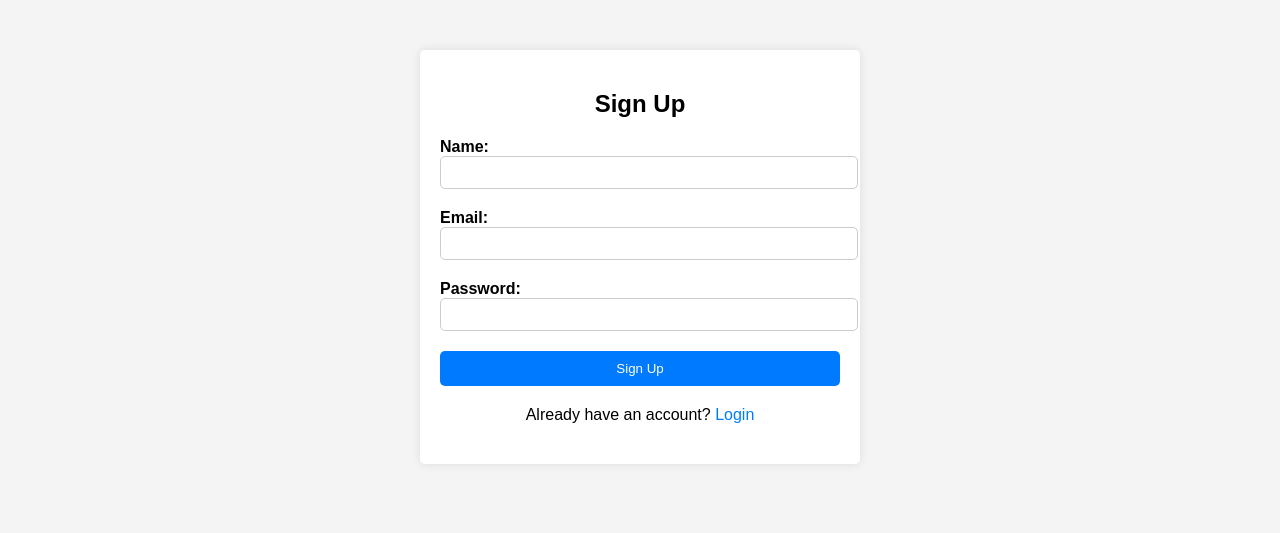
Repository: iDevVikram/login-signup-authentication-using-servlet
Page: signin-signup-demo/WebContent/Signup.html
The author's editor kept a copy of each file at every save. The page is drawn from the files as they stood at one save, then again after the next save.
The browser window is 1280 px wide. The pictures show the whole page.

Above is the page before, as saved 2024-03-04 18:16:43.

### signin-signup-demo/WebContent/Signup.html
<!DOCTYPE html>
<html lang="en">
<head>
<meta charset="UTF-8">
<meta name="viewport" content="width=device-width, initial-scale=1.0">
<title>Login & SignUp Form</title>
<link href="CSS/style.css" rel="stylesheet" type="text/css">
</head>
<body>
<div class="container" id="signupContainer">
    <h2>Sign Up</h2>
    <form id="signupForm">
        <div class="form-group">
            <label for="signupName">Name:</label>
            <input type="text" id="signupName" name="signupName" required>
        </div>
        <div class="form-group">
            <label for="signupEmail">Email:</label>
            <input type="email" id="signupEmail" name="signupEmail" required>
        </div>
        <div class="form-group">
            <label for="signupPassword">Password:</label>
            <input type="password" id="signupPassword" name="signupPassword" required>
        </div>
        <div class="form-group">
            <button type="submit">Sign Up</button>
        </div>
        <div class="form-group text-center">
            <span>Already have an account? <a href="login.html" id="showLoginForm">Login</a></span>
        </div>
    </form>
</div>

</body>
</html>

### signin-signup-demo/WebContent/CSS/style.css
body {
        font-family: Arial, sans-serif;
        margin: 0;
        padding: 0;
        background-color: #f4f4f4;
    }

    .container {
        max-width: 400px;
        margin: 50px auto;
        background: #fff;
        padding: 20px;
        border-radius: 5px;
        box-shadow: 0 0 10px rgba(0, 0, 0, 0.1);
    }
   h1 {
        text-align: center;
        margin-bottom: 30px;
    }

    p {
        margin-bottom: 20px;
    }

    .btn {
        display: inline-block;
        padding: 10px 20px;
        background-color: #007bff;
        color: #fff;
        text-decoration: none;
        border-radius: 5px;
    }

    .btn:hover {
        background-color: #0056b3;
    }
    h2 {
        text-align: center;
    }

    .form-group {
        margin-bottom: 20px;
    }

    .form-group label {
        display: block;
        font-weight: bold;
    }

    .form-group input {
        width: 100%;
        padding: 8px;
        border: 1px solid #ccc;
        border-radius: 5px;
    }

    .form-group button {
        width: 100%;
        padding: 10px;
        background-color: #007bff;
        color: #fff;
        border: none;
        border-radius: 5px;
        cursor: pointer;
    }

    .form-group button:hover {
        background-color: #0056b3;
    }

    .form-group.text-center {
        text-align: center;
    }

    .form-group.text-center a {
        color: #007bff;
        text-decoration: none;
    }

    .form-group.text-center a:hover {
        text-decoration: underline;
    }

After the next save:
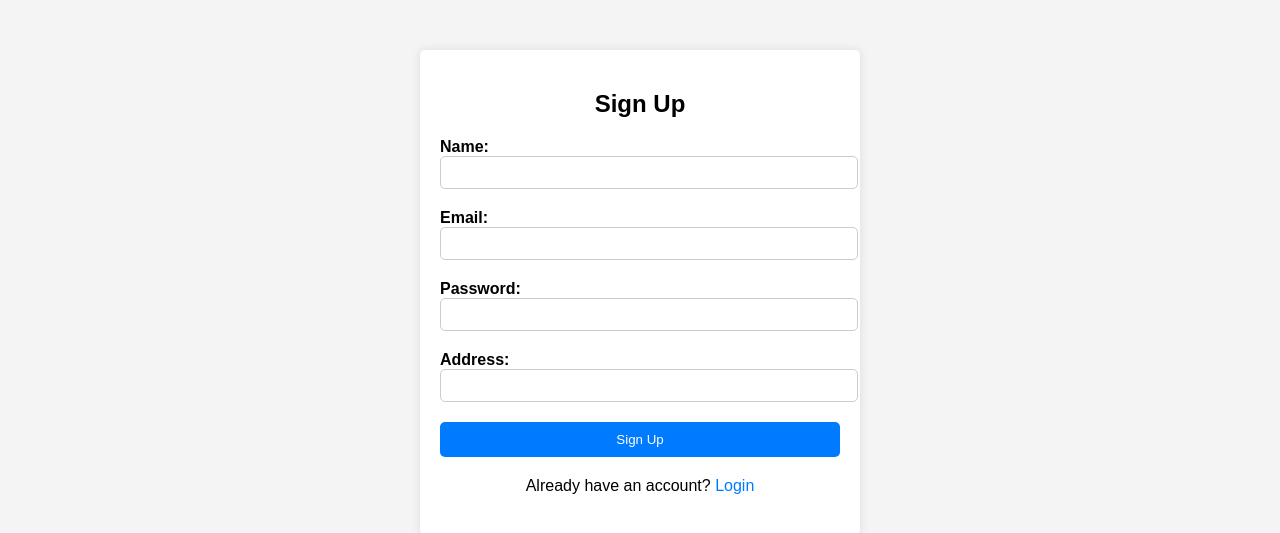
Saved 15 min 51 s later.
--- a/signin-signup-demo/WebContent/Signup.html
+++ b/signin-signup-demo/WebContent/Signup.html
@@ -23,6 +23,10 @@
             <input type="password" id="signupPassword" name="signupPassword" required>
         </div>
         <div class="form-group">
+            <label for="signupName">Address:</label>
+            <input type="text" id="signupName" name="signupName" required>
+        </div>
+        <div class="form-group">
             <button type="submit">Sign Up</button>
         </div>
         <div class="form-group text-center">
